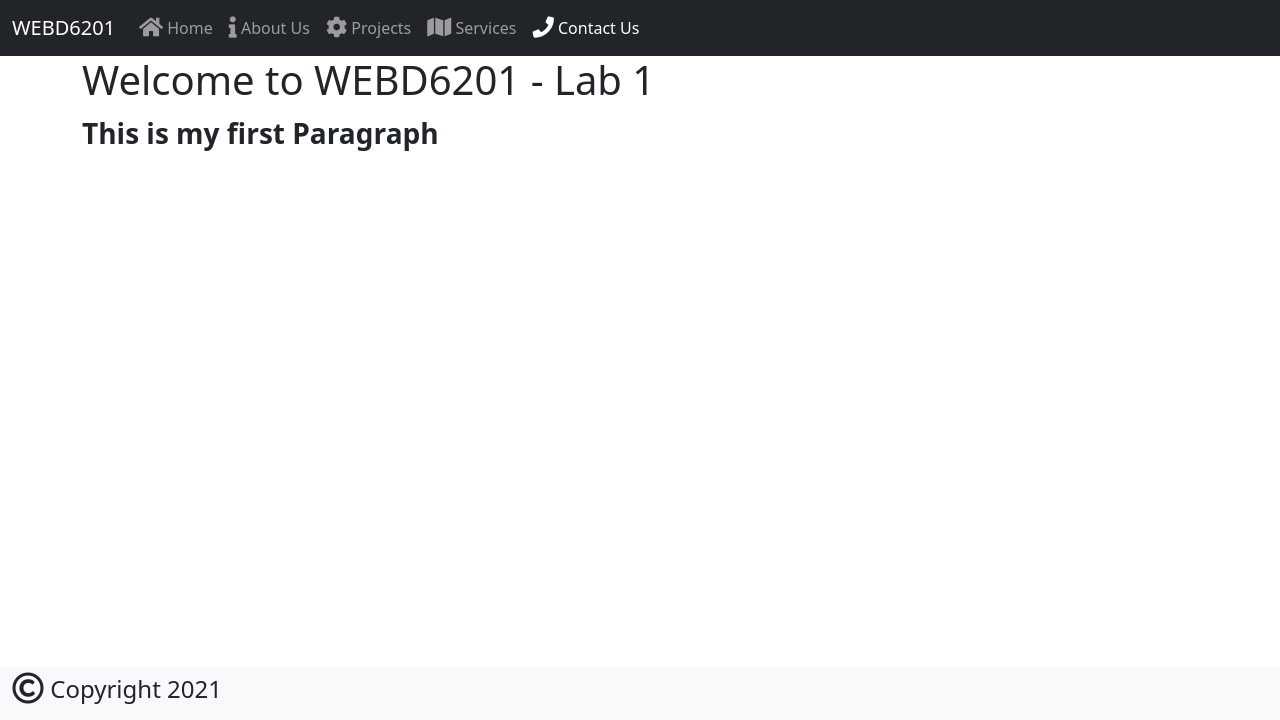
Repository: ErikHayward/WEBD6201-W2021-ICE1b
Page: contact.html
These files come from the project's save history. The page is drawn as it stood at one moment and after the next save; the edit follows.
The browser window is 1280 px wide. The pictures show the whole page.

Above is the page before, as saved 2021-01-22 20:28:05.

After the next save:
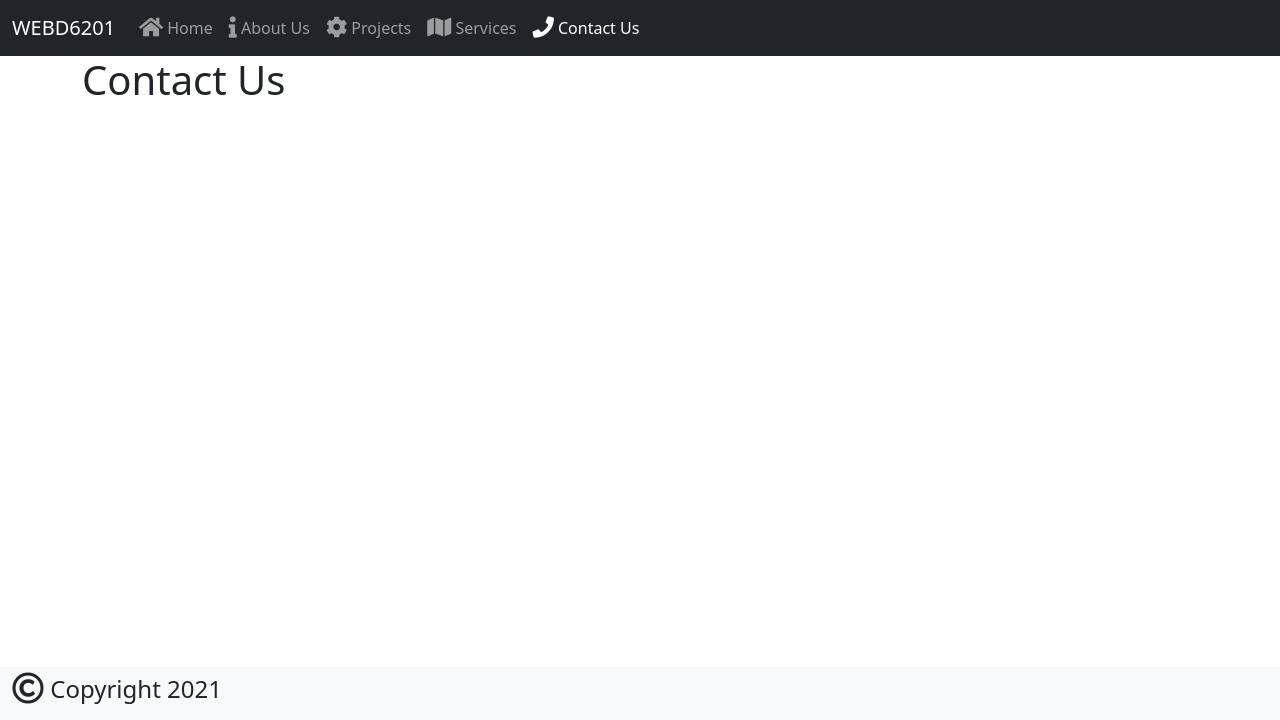
Console error: TypeError: Cannot set properties of null (setting 'textContent')
Saved 14 s later.
--- a/contact.html
+++ b/contact.html
@@ -50,8 +50,7 @@
 
     <!-- Main Content -->
     <main class="container">
-        <h1>Welcome to WEBD 6201</h1>
-        <p id="paragraphOne"></p>
+        <h1>Contact Us</h1>
     </main>
 
     <!-- Main Footer -->
